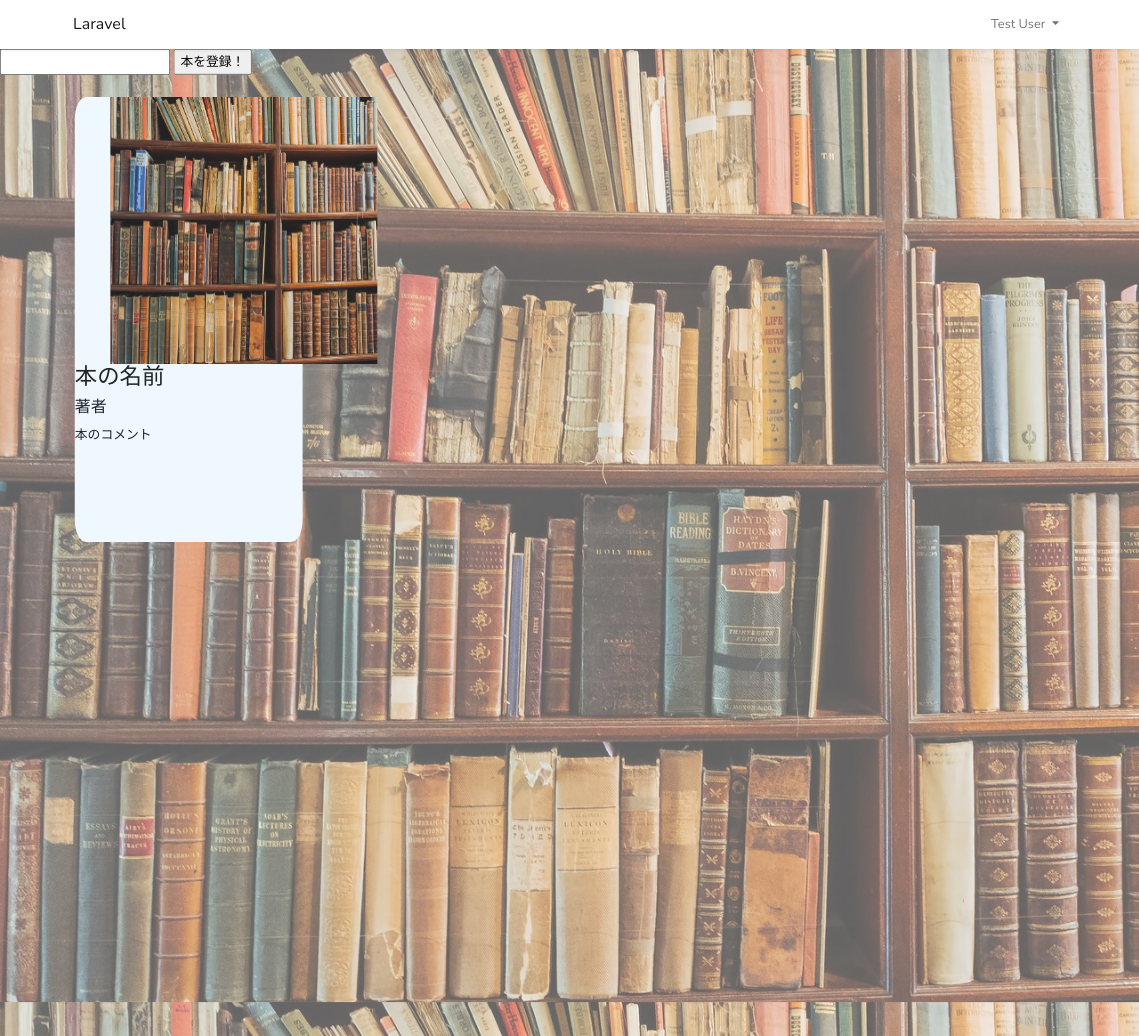
Repository: yamamotoryota1998/Bookreminder
Page: http://localhost/home
An editor plug-in stored every save of this project. The page is shown before and after the next save, followed by the edit.
The browser window is 1280 px wide. The pictures show the whole page, at 89% of full size.
The page is served by the project's Laravel application, run on PHP 8.4 with Laravel 9. A made-up administrator, Test User (test@example.com), is signed in. Style sheets and scripts are compiled from the project's sources, by tool versions that may differ from the author's.

Above is the page before, as saved 2023-04-07 17:18:13.

After the next save:
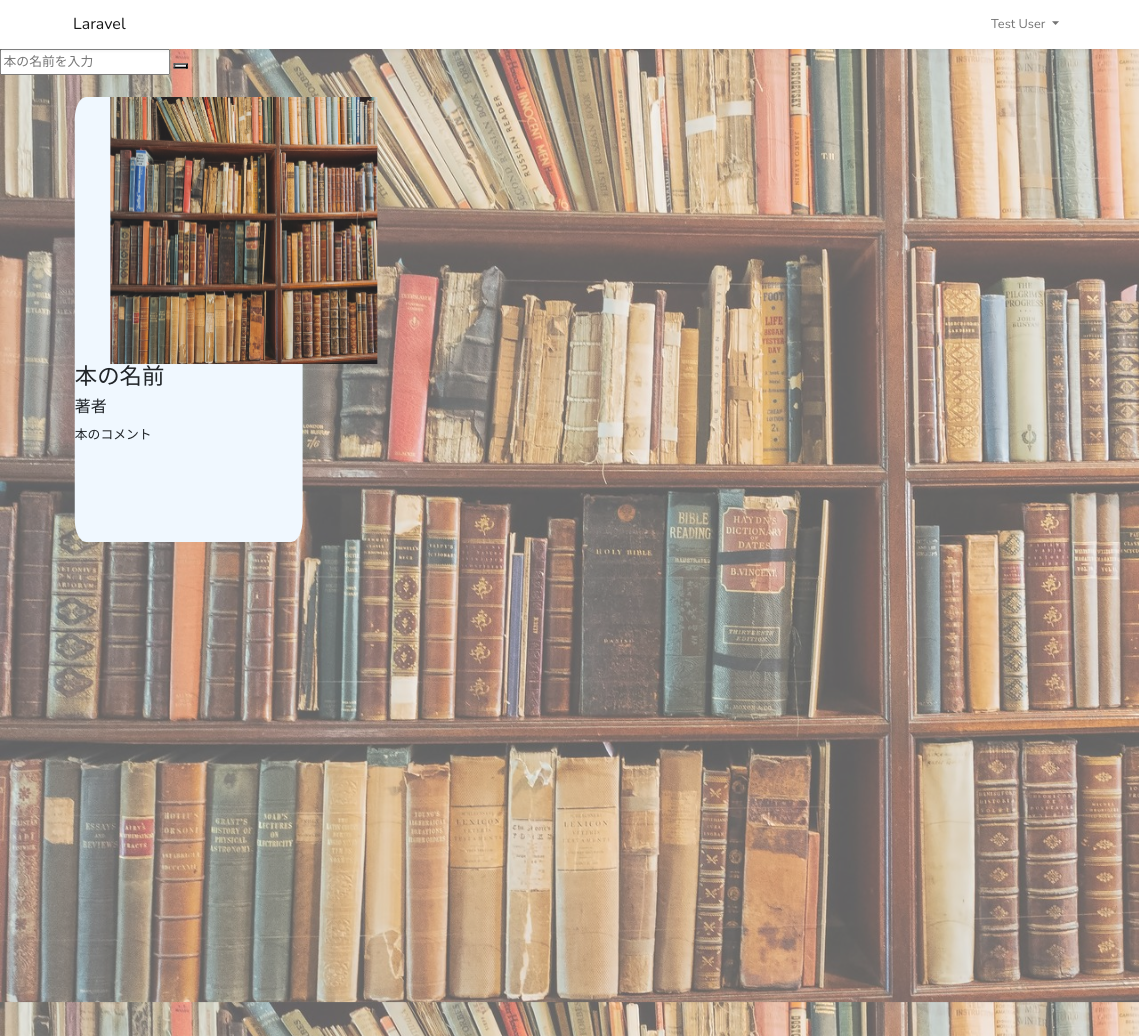
Saved 16 min 44 s later.
--- a/resources/views/home.blade.php
+++ b/resources/views/home.blade.php
@@ -4,8 +4,10 @@
 <div class="wrapper-all" >
     <form action="result" method="post" class="find-form">
         @csrf
-        <input type="text" name="book" size="20">
-        <input type="submit" value="本を登録！">
+        <label>
+        <input type="text" name="book" placeholder="本の名前を入力">
+        </label>
+        <button type="submit" aria-label="検索"></button>
     </form>
     <div class="wrapper-contents">
         <div class="contents">
